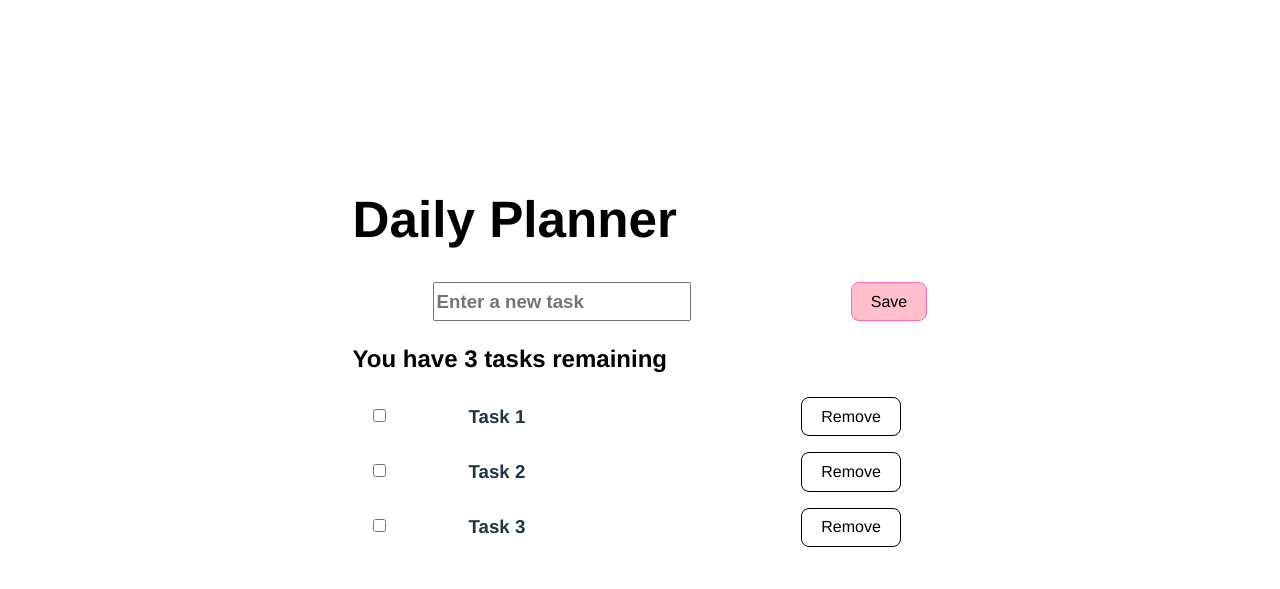
Repository: MonicaNguyenH/Frontend_Assignment6
Page: / (app in react/)
These files come from the project's save history. The page is drawn as it stood at one moment and after the next save; the edit follows.
The browser window is 1280 px wide. The pictures show the whole page.
The project was rebuilt for these pictures with package versions that can differ from the ones it lists, and the page was loaded fresh each time. Also part of the build but not shown: react/vite.config.js.

Above is the page before, as saved 2024-10-11 01:09:44.

After the next save:
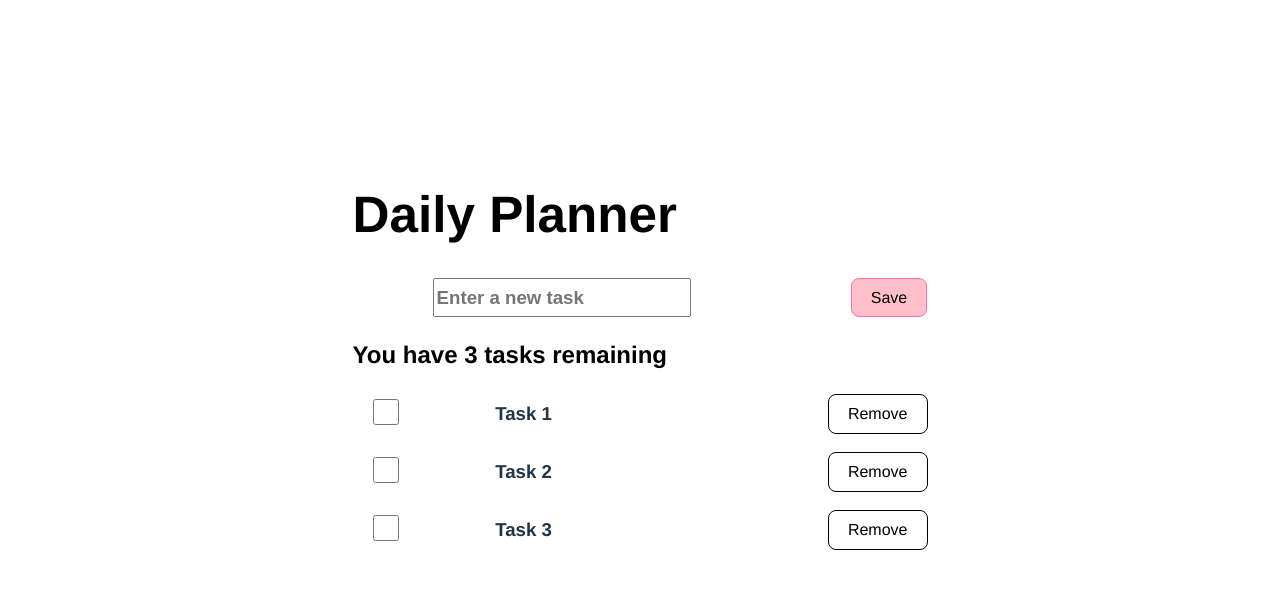
Saved 6 s later.
--- a/react/src/App.css
+++ b/react/src/App.css
@@ -51,7 +51,7 @@
   min-width: 20em;
 }
 
-.checkbox {
+[id^="checkbox-"] {
   margin-right: 1rem;
   width: 2em;
   height: 2rem;

After the save that followed:
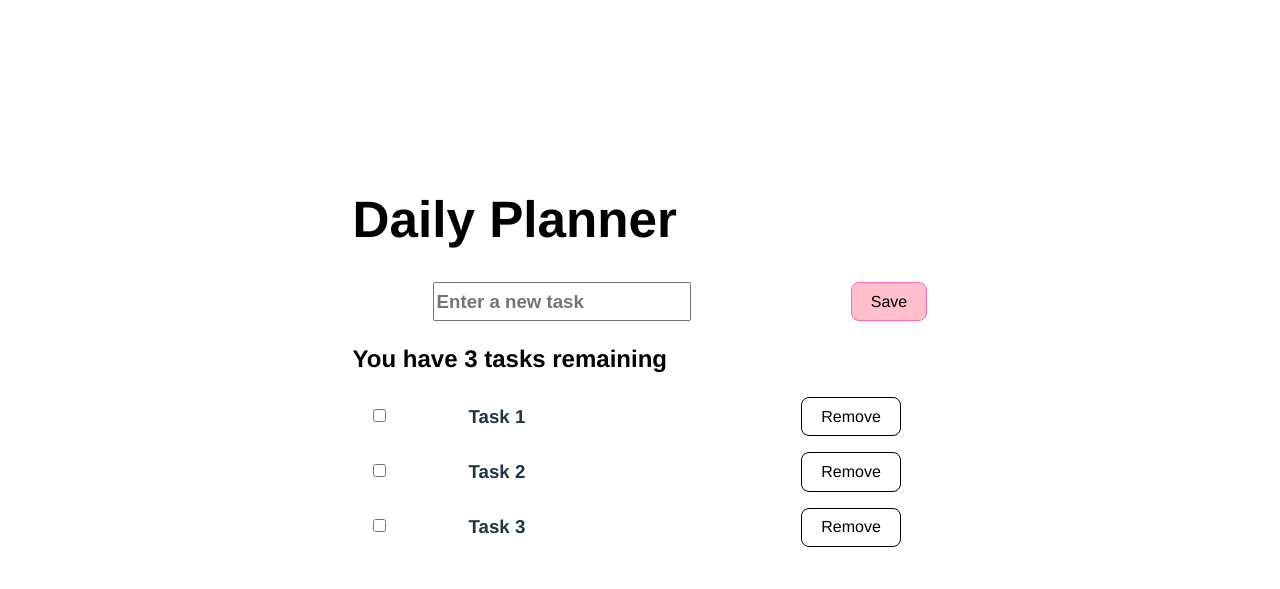
Saved 8 min 6 s later.
--- a/react/src/App.css
+++ b/react/src/App.css
@@ -51,12 +51,12 @@
   min-width: 20em;
 }
 
-[id^="checkbox-"] {
+/* [id^="checkbox-"] {
   margin-right: 1rem;
   width: 2em;
   height: 2rem;
   accent-color: pink;
-}
+} */
 
 #task-name {
   margin: 0 10rem 0 5rem;
